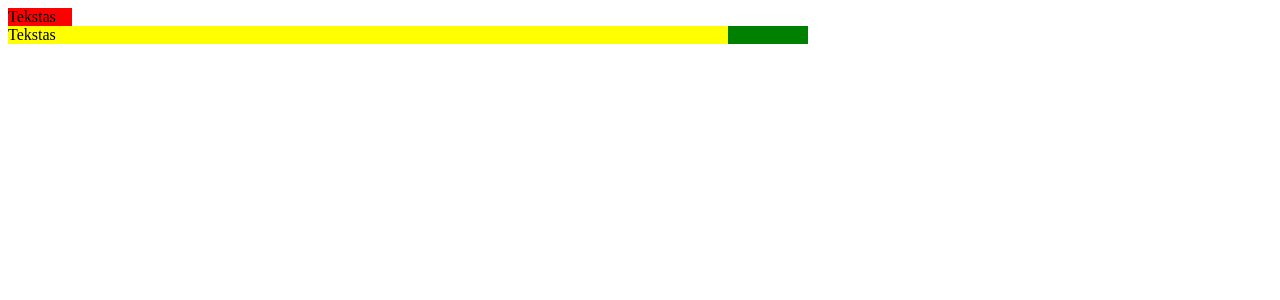
Repository: motiejus1/13-paskaita-05.31
Page: index_units.html
The author's editor kept a copy of each file at every save. The page is drawn from the files as they stood at one save, then again after a run of saves.
The browser window is 1280 px wide. The pictures show the whole page.

Above is the page before, as saved 2021-06-21 20:48:39.

### index_units.html
<!DOCTYPE html>
<html lang="en">
<head>
    <meta charset="UTF-8">
    <meta http-equiv="X-UA-Compatible" content="IE=edge">
    <meta name="viewport" content="width=device-width, initial-scale=1.0">
    <title>13 paskaita</title>

    <style>
        /* px */
        /* % */
        /* rem */

        /* vh - viewport height %  0-100% */
        /* vw - viewport width %  0-100% */


        .container {
            width: 800px;
        }

        .left-column {
            width: 100vh;
        }

        .zalia {
            background-color: green;
        }

        .geltona {
            background-color: yellow;
        }


        .kvadratelis {
            width: 5vw;
            height: 5%;
            background-color:red;
        }
    </style>
</head>
<body>

    <div class="kvadratelis">Tekstas</div>
    <div class="container zalia">
        <div class="left-column geltona">
            Tekstas
        </div>
    </div>
</body>
</html>

After the next 2 saves:
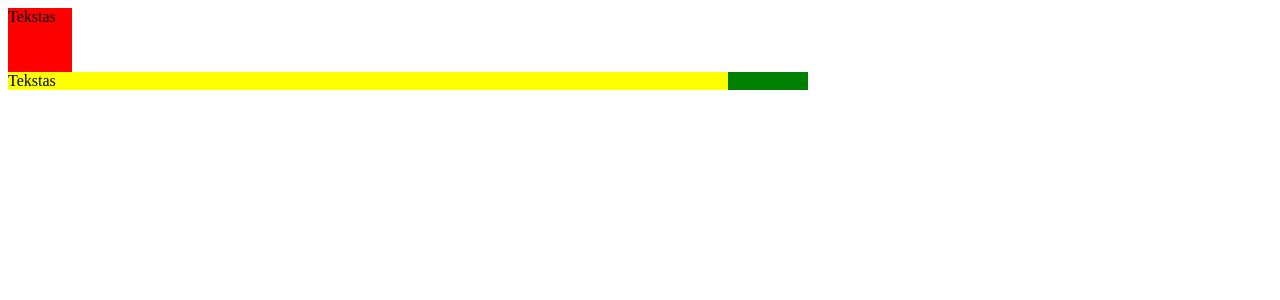
The 2 saves are shown as one change because they came seconds apart.
The last was saved 18 s later.
--- a/index_units.html
+++ b/index_units.html
@@ -34,7 +34,7 @@
 
         .kvadratelis {
             width: 5vw;
-            height: 5%;
+            height: 5vw;
             background-color:red;
         }
     </style>
